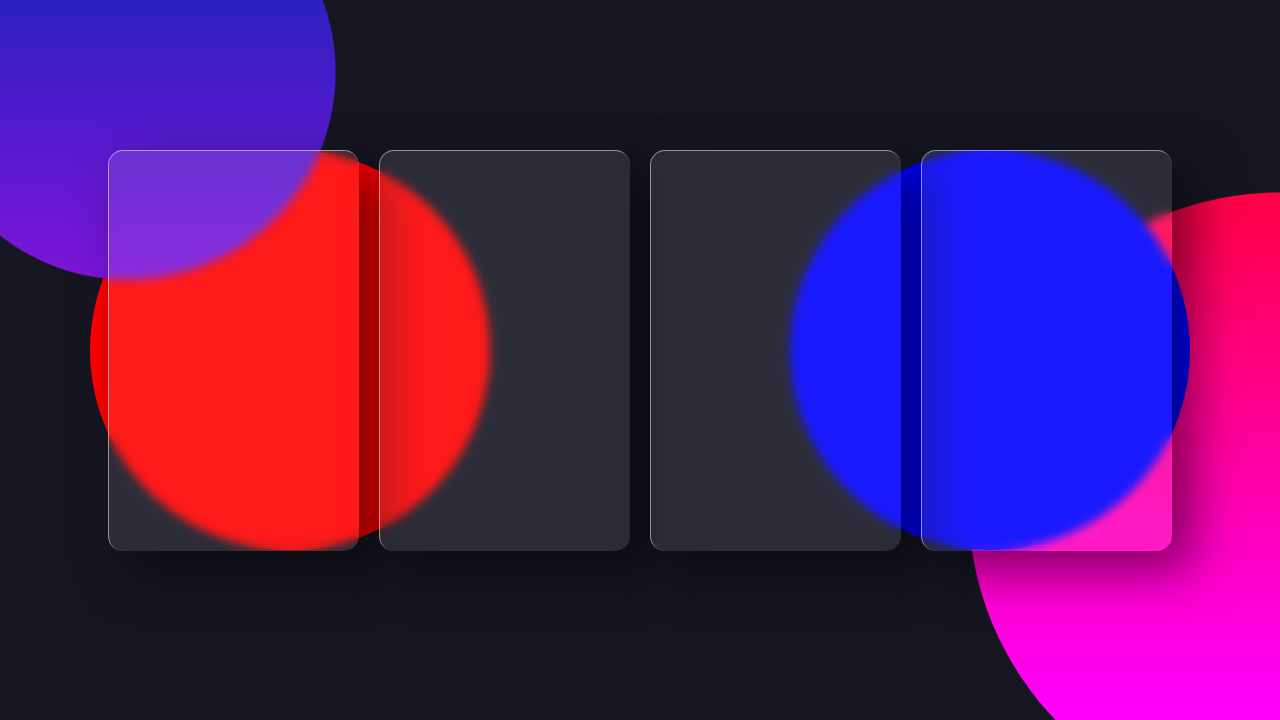
Repository: dovanluyen1996/Test-Git-PR
Page: index.html
These files come from the project's save history. The page is drawn as it stood at one moment and after the next save; the edit follows.
The browser window is 1280 px wide. The pictures show the whole page.

Above is the page before, as saved 2021-09-07 00:32:16.

### index.html
<!DOCTYPE html>
<html lang="en">
  <head>
    <meta charset="UTF-8" />
    <meta http-equiv="X-UA-Compatible" content="IE=edge" />
    <meta name="viewport" content="width=device-width, initial-scale=1.0" />
    <title>TestVsCode</title>
    <link rel="stylesheet" href="css/style.css" />
  </head>

  <body>
    <div class="container">
      <div class="test1"></div>
      <div class="test2"></div>
    </div>
    <div class="center">
      <div class="item-center">
        <div class="content">
          <h2>Card Item</h2>
          <p class="text">
            Lorem ipsum dolor sit amet consectetur adipisicing elit. Minima
            corporis rem illum exercitationem architecto veritatis alias nam.
            Excepturi aliquam doloremque minus quibusdam sed, libero quia amet,
            officia rerum sequi expedita!
          </p>
          <a href="javascript:void(0)">Click Me</a>
        </div>
      </div>
      <div class="item-center">
        <div class="content">
          <h2>Card Item</h2>
          <p class="text">
            Lorem ipsum dolor sit amet consectetur adipisicing elit. Minima
            corporis rem illum exercitationem architecto veritatis alias nam.
            Excepturi aliquam doloremque minus quibusdam sed, libero quia amet,
            officia rerum sequi expedita!
          </p>
          <a href="javascript:void(0)">Click Me</a>
        </div>
      </div>
      <div class="item-center">
        <div class="content">
          <h2>Card Item</h2>
          <p class="text">
            Lorem ipsum dolor sit amet consectetur adipisicing elit. Minima
            corporis rem illum exercitationem architecto veritatis alias nam.
            Excepturi aliquam doloremque minus quibusdam sed, libero quia amet,
            officia rerum sequi expedita!
          </p>
          <a href="javascript:void(0)">Click Me</a>
        </div>
      </div>
      <div class="item-center">
        <div class="content">
          <h2>Card Item</h2>
          <p class="text">
            Lorem ipsum dolor sit amet consectetur adipisicing elit. Minima
            corporis rem illum exercitationem architecto veritatis alias nam.
            Excepturi aliquam doloremque minus quibusdam sed, libero quia amet,
            officia rerum sequi expedita!
          </p>
          <a href="javascript:void(0)">Click Me</a>
        </div>
      </div>
    </div>

    <script type="text/javascript" src="js/vanilla-tilt.js"></script>
    <script>
      VanillaTilt.init(document.querySelector(".item-center"), {
        max: 25,
        speed: 400,
        glare: true,
        "max-glare": 1,
      });
    </script>
  </body>
</html>

### css/style.css
body {
  background: #161623;
}
body::before {
  content: "";
  position: absolute;
  top: 0;
  left: 0;
  width: 100%;
  height: 100%;
  background: linear-gradient(#f00, #f0f);
  clip-path: circle(30% at right 70%);
}
body::after {
  content: "";
  position: absolute;
  top: 0;
  left: 0;
  width: 100%;
  height: 100%;
  background: linear-gradient(rgb(44, 33, 192), #f0f);
  clip-path: circle(20% at 10% 10%);
}
.container {
  width: 1100px;
  margin: 0 auto;
  position: relative;
}
.test1 {
  width: 400px;
  height: 400px;
  background-color: red;
  border-radius: 50%;
  position: absolute;
}
.test2 {
  width: 400px;
  height: 400px;
  background-color: blue;
  border-radius: 50%;
  position: absolute;
  right: 0;
}
.center {
  margin-top: 150px;
  position: relative;
  z-index: 999;
  display: flex;
  column-gap: 20px;
  justify-content: center;
  align-items: center;
  color: white;
}
.item-center {
  overflow: hidden;
  width: 250px;
  height: 400px;
  text-align: center;
  border-radius: 15px;
  border-top: 1px solid rgba(255, 255, 255, 0.5);
  border-left: 1px solid rgba(255, 255, 255, 0.5);
  box-shadow: 20px 20px 50px rgba(0, 0, 0, 0.5);
  background: rgba(255, 255, 255, 0.1);
  backdrop-filter: blur(5px);
}
.item-center p {
  font-weight: 300;
}
.item-center a {
  text-decoration: none;
  color: #fff;
  display: inline-block;
  padding: 8px 20px;
  background-color: #fff;
  color: black;
  border-radius: 20px;
  font-weight: 500;
}
.item-center .content {
  margin-top: 90px;
  transform: translateY(90px);
  opacity: 0;
  transition: 0.5s;
}
.item-center:hover .content {
  transform: translateY(0px);
  opacity: 1;
}

### js/vanilla-tilt.js
var VanillaTilt = (function () {
'use strict';

/**
 * Created by Sergiu Șandor (micku7zu) on 1/27/2017.
 * Original idea: https://github.com/gijsroge/tilt.js
 * MIT License.
 * Version 1.7.2
 */

class VanillaTilt {
  constructor(element, settings = {}) {
    if (!(element instanceof Node)) {
      throw ("Can't initialize VanillaTilt because " + element + " is not a Node.");
    }

    this.width = null;
    this.height = null;
    this.clientWidth = null;
    this.clientHeight = null;
    this.left = null;
    this.top = null;

    // for Gyroscope sampling
    this.gammazero = null;
    this.betazero = null;
    this.lastgammazero = null;
    this.lastbetazero = null;

    this.transitionTimeout = null;
    this.updateCall = null;
    this.event = null;

    this.updateBind = this.update.bind(this);
    this.resetBind = this.reset.bind(this);

    this.element = element;
    this.settings = this.extendSettings(settings);

    this.reverse = this.settings.reverse ? -1 : 1;
    this.glare = VanillaTilt.isSettingTrue(this.settings.glare);
    this.glarePrerender = VanillaTilt.isSettingTrue(this.settings["glare-prerender"]);
    this.fullPageListening = VanillaTilt.isSettingTrue(this.settings["full-page-listening"]);
    this.gyroscope = VanillaTilt.isSettingTrue(this.settings.gyroscope);
    this.gyroscopeSamples = this.settings.gyroscopeSamples;

    this.elementListener = this.getElementListener();

    if (this.glare) {
      this.prepareGlare();
    }

    if (this.fullPageListening) {
      this.updateClientSize();
    }

    this.addEventListeners();
    this.reset();
    this.updateInitialPosition();
  }

  static isSettingTrue(setting) {
    return setting === "" || setting === true || setting === 1;
  }

  /**
   * Method returns element what will be listen mouse events
   * @return {Node}
   */
  getElementListener() {
    if (this.fullPageListening) {
      return window.document;
    }

    if (typeof this.settings["mouse-event-element"] === "string") {
      const mouseEventElement = document.querySelector(this.settings["mouse-event-element"]);

      if (mouseEventElement) {
        return mouseEventElement;
      }
    }

    if (this.settings["mouse-event-element"] instanceof Node) {
      return this.settings["mouse-event-element"];
    }

    return this.element;
  }

  /**
   * Method set listen methods for this.elementListener
   * @return {Node}
   */
  addEventListeners() {
    this.onMouseEnterBind = this.onMouseEnter.bind(this);
    this.onMouseMoveBind = this.onMouseMove.bind(this);
    this.onMouseLeaveBind = this.onMouseLeave.bind(this);
    this.onWindowResizeBind = this.onWindowResize.bind(this);
    this.onDeviceOrientationBind = this.onDeviceOrientation.bind(this);

    this.elementListener.addEventListener("mouseenter", this.onMouseEnterBind);
    this.elementListener.addEventListener("mouseleave", this.onMouseLeaveBind);
    this.elementListener.addEventListener("mousemove", this.onMouseMoveBind);

    if (this.glare || this.fullPageListening) {
      window.addEventListener("resize", this.onWindowResizeBind);
    }

    if (this.gyroscope) {
      window.addEventListener("deviceorientation", this.onDeviceOrientationBind);
    }
  }

  /**
   * Method remove event listeners from current this.elementListener
   */
  removeEventListeners() {
    this.elementListener.removeEventListener("mouseenter", this.onMouseEnterBind);
    this.elementListener.removeEventListener("mouseleave", this.onMouseLeaveBind);
    this.elementListener.removeEventListener("mousemove", this.onMouseMoveBind);

    if (this.gyroscope) {
      window.removeEventListener("deviceorientation", this.onDeviceOrientationBind);
    }

    if (this.glare || this.fullPageListening) {
      window.removeEventListener("resize", this.onWindowResizeBind);
    }
  }

  destroy() {
    clearTimeout(this.transitionTimeout);
    if (this.updateCall !== null) {
      cancelAnimationFrame(this.updateCall);
    }

    this.reset();

    this.removeEventListeners();
    this.element.vanillaTilt = null;
    delete this.element.vanillaTilt;

    this.element = null;
  }

  onDeviceOrientation(event) {
    if (event.gamma === null || event.beta === null) {
      return;
    }

    this.updateElementPosition();

    if (this.gyroscopeSamples > 0) {
      this.lastgammazero = this.gammazero;
      this.lastbetazero = this.betazero;

      if (this.gammazero === null) {
        this.gammazero = event.gamma;
        this.betazero = event.beta;
      } else {
        this.gammazero = (event.gamma + this.lastgammazero) / 2;
        this.betazero = (event.beta + this.lastbetazero) / 2;
      }

      this.gyroscopeSamples -= 1;
    }

    const totalAngleX = this.settings.gyroscopeMaxAngleX - this.settings.gyroscopeMinAngleX;
    const totalAngleY = this.settings.gyroscopeMaxAngleY - this.settings.gyroscopeMinAngleY;

    const degreesPerPixelX = totalAngleX / this.width;
    const degreesPerPixelY = totalAngleY / this.height;

    const angleX = event.gamma - (this.settings.gyroscopeMinAngleX + this.gammazero);
    const angleY = event.beta - (this.settings.gyroscopeMinAngleY + this.betazero);

    const posX = angleX / degreesPerPixelX;
    const posY = angleY / degreesPerPixelY;

    if (this.updateCall !== null) {
      cancelAnimationFrame(this.updateCall);
    }

    this.event = {
      clientX: posX + this.left,
      clientY: posY + this.top,
    };

    this.updateCall = requestAnimationFrame(this.updateBind);
  }

  onMouseEnter() {
    this.updateElementPosition();
    this.element.style.willChange = "transform";
    this.setTransition();
  }

  onMouseMove(event) {
    if (this.updateCall !== null) {
      cancelAnimationFrame(this.updateCall);
    }

    this.event = event;
    this.updateCall = requestAnimationFrame(this.updateBind);
  }

  onMouseLeave() {
    this.setTransition();

    if (this.settings.reset) {
      requestAnimationFrame(this.resetBind);
    }
  }

  reset() {
    this.event = {
      clientX: this.left + this.width / 2,
      clientY: this.top + this.height / 2
    };

    if (this.element && this.element.style) {
      this.element.style.transform = `perspective(${this.settings.perspective}px) ` +
        `rotateX(0deg) ` +
        `rotateY(0deg) ` +
        `scale3d(1, 1, 1)`;
    }

    this.resetGlare();
  }

  resetGlare() {
    if (this.glare) {
      this.glareElement.style.transform = "rotate(180deg) translate(-50%, -50%)";
      this.glareElement.style.opacity = "0";
    }
  }

  updateInitialPosition() {
    if (this.settings.startX === 0 && this.settings.startY === 0) {
      return;
    }

    this.onMouseEnter();

    if (this.fullPageListening) {
      this.event = {
        clientX: (this.settings.startX + this.settings.max) / (2 * this.settings.max) * this.clientWidth,
        clientY: (this.settings.startY + this.settings.max) / (2 * this.settings.max) * this.clientHeight
      };
    } else {
      this.event = {
        clientX: this.left + ((this.settings.startX + this.settings.max) / (2 * this.settings.max) * this.width),
        clientY: this.top + ((this.settings.startY + this.settings.max) / (2 * this.settings.max) * this.height)
      };
    }


    let backupScale = this.settings.scale;
    this.settings.scale = 1;
    this.update();
    this.settings.scale = backupScale;
    this.resetGlare();
  }

  getValues() {
    let x, y;

    if (this.fullPageListening) {
      x = this.event.clientX / this.clientWidth;
      y = this.event.clientY / this.clientHeight;
    } else {
      x = (this.event.clientX - this.left) / this.width;
      y = (this.event.clientY - this.top) / this.height;
    }

    x = Math.min(Math.max(x, 0), 1);
    y = Math.min(Math.max(y, 0), 1);

    let tiltX = (this.reverse * (this.settings.max - x * this.settings.max * 2)).toFixed(2);
    let tiltY = (this.reverse * (y * this.settings.max * 2 - this.settings.max)).toFixed(2);
    let angle = Math.atan2(this.event.clientX - (this.left + this.width / 2), -(this.event.clientY - (this.top + this.height / 2))) * (180 / Math.PI);

    return {
      tiltX: tiltX,
      tiltY: tiltY,
      percentageX: x * 100,
      percentageY: y * 100,
      angle: angle
    };
  }

  updateElementPosition() {
    let rect = this.element.getBoundingClientRect();

    this.width = this.element.offsetWidth;
    this.height = this.element.offsetHeight;
    this.left = rect.left;
    this.top = rect.top;
  }

  update() {
    let values = this.getValues();

    this.element.style.transform = "perspective(" + this.settings.perspective + "px) " +
      "rotateX(" + (this.settings.axis === "x" ? 0 : values.tiltY) + "deg) " +
      "rotateY(" + (this.settings.axis === "y" ? 0 : values.tiltX) + "deg) " +
      "scale3d(" + this.settings.scale + ", " + this.settings.scale + ", " + this.settings.scale + ")";

    if (this.glare) {
      this.glareElement.style.transform = `rotate(${values.angle}deg) translate(-50%, -50%)`;
      this.glareElement.style.opacity = `${values.percentageY * this.settings["max-glare"] / 100}`;
    }

    this.element.dispatchEvent(new CustomEvent("tiltChange", {
      "detail": values
    }));

    this.updateCall = null;
  }

  /**
   * Appends the glare element (if glarePrerender equals false)
   * and sets the default style
   */
  prepareGlare() {
    // If option pre-render is enabled we assume all html/css is present for an optimal glare effect.
    if (!this.glarePrerender) {
      // Create glare element
      const jsTiltGlare = document.createElement("div");
      jsTiltGlare.classList.add("js-tilt-glare");

      const jsTiltGlareInner = document.createElement("div");
      jsTiltGlareInner.classList.add("js-tilt-glare-inner");

      jsTiltGlare.appendChild(jsTiltGlareInner);
      this.element.appendChild(jsTiltGlare);
    }

    this.glareElementWrapper = this.element.querySelector(".js-tilt-glare");
    this.glareElement = this.element.querySelector(".js-tilt-glare-inner");

    if (this.glarePrerender) {
      return;
    }

    Object.assign(this.glareElementWrapper.style, {
      "position": "absolute",
      "top": "0",
      "left": "0",
      "width": "100%",
      "height": "100%",
      "overflow": "hidden",
      "pointer-events": "none"
    });

    Object.assign(this.glareElement.style, {
      "position": "absolute",
      "top": "50%",
      "left": "50%",
      "pointer-events": "none",
      "background-image": `linear-gradient(0deg, rgba(255,255,255,0) 0%, rgba(255,255,255,1) 100%)`,
      "transform": "rotate(180deg) translate(-50%, -50%)",
      "transform-origin": "0% 0%",
      "opacity": "0",
    });

    this.updateGlareSize();
  }

  updateGlareSize() {
    if (this.glare) {
      const glareSize = (this.element.offsetWidth > this.element.offsetHeight ? this.element.offsetWidth : this.element.offsetHeight) * 2;

      Object.assign(this.glareElement.style, {
        "width": `${glareSize}px`,
        "height": `${glareSize}px`,
      });
    }
  }

  updateClientSize() {
    this.clientWidth = window.innerWidth
      || document.documentElement.clientWidth
      || document.body.clientWidth;

    this.clientHeight = window.innerHeight
      || document.documentElement.clientHeight
      || document.body.clientHeight;
  }

  onWindowResize() {
    this.updateGlareSize();
    this.updateClientSize();
  }

  setTransition() {
    clearTimeout(this.transitionTimeout);
    this.element.style.transition = this.settings.speed + "ms " + this.settings.easing;
    if (this.glare) this.glareElement.style.transition = `opacity ${this.settings.speed}ms ${this.settings.easing}`;

    this.transitionTimeout = setTimeout(() => {
      this.element.style.transition = "";
      if (this.glare) {
        this.glareElement.style.transition = "";
      }
    }, this.settings.speed);

  }

  /**
   * Method return patched settings of instance
   * @param {boolean} settings.reverse - reverse the tilt direction
   * @param {number} settings.max - max tilt rotation (degrees)
   * @param {startX} settings.startX - the starting tilt on the X axis, in degrees. Default: 0
   * @param {startY} settings.startY - the starting tilt on the Y axis, in degrees. Default: 0
   * @param {number} settings.perspective - Transform perspective, the lower the more extreme the tilt gets
   * @param {string} settings.easing - Easing on enter/exit
   * @param {number} settings.scale - 2 = 200%, 1.5 = 150%, etc..
   * @param {number} settings.speed - Speed of the enter/exit transition
   * @param {boolean} settings.transition - Set a transition on enter/exit
   * @param {string|null} settings.axis - What axis should be disabled. Can be X or Y
   * @param {boolean} settings.glare - What axis should be disabled. Can be X or Y
   * @param {number} settings.max-glare - the maximum "glare" opacity (1 = 100%, 0.5 = 50%)
   * @param {boolean} settings.glare-prerender - false = VanillaTilt creates the glare elements for you, otherwise
   * @param {boolean} settings.full-page-listening - If true, parallax effect will listen to mouse move events on the whole document, not only the selected element
   * @param {string|object} settings.mouse-event-element - String selector or link to HTML-element what will be listen mouse events
   * @param {boolean} settings.reset - false = If the tilt effect has to be reset on exit
   * @param {gyroscope} settings.gyroscope - Enable tilting by deviceorientation events
   * @param {gyroscopeSensitivity} settings.gyroscopeSensitivity - Between 0 and 1 - The angle at which max tilt position is reached. 1 = 90deg, 0.5 = 45deg, etc..
   * @param {gyroscopeSamples} settings.gyroscopeSamples - How many gyroscope moves to decide the starting position.
   */
  extendSettings(settings) {
    let defaultSettings = {
      reverse: false,
      max: 15,
      startX: 0,
      startY: 0,
      perspective: 1000,
      easing: "cubic-bezier(.03,.98,.52,.99)",
      scale: 1,
      speed: 300,
      transition: true,
      axis: null,
      glare: false,
      "max-glare": 1,
      "glare-prerender": false,
      "full-page-listening": false,
      "mouse-event-element": null,
      reset: true,
      gyroscope: true,
      gyroscopeMinAngleX: -45,
      gyroscopeMaxAngleX: 45,
      gyroscopeMinAngleY: -45,
      gyroscopeMaxAngleY: 45,
      gyroscopeSamples: 10
    };

    let newSettings = {};
    for (var property in defaultSettings) {
      if (property in settings) {
        newSettings[property] = settings[property];
      } else if (this.element.hasAttribute("data-tilt-" + property)) {
        let attribute = this.element.getAttribute("data-tilt-" + property);
        try {
          newSettings[property] = JSON.parse(attribute);
        } catch (e) {
          newSettings[property] = attribute;
        }

      } else {
        newSettings[property] = defaultSettings[property];
      }
    }

    return newSettings;
  }

  static init(elements, settings) {
    if (elements instanceof Node) {
      elements = [elements];
    }

    if (elements instanceof NodeList) {
      elements = [].slice.call(elements);
    }

    if (!(elements instanceof Array)) {
      return;
    }

    elements.forEach((element) => {
      if (!("vanillaTilt" in element)) {
        element.vanillaTilt = new VanillaTilt(element, settings);
      }
    });
  }
}

if (typeof document !== "undefined") {
  /* expose the class to window */
  window.VanillaTilt = VanillaTilt;

  /**
   * Auto load
   */
  VanillaTilt.init(document.querySelectorAll("[data-tilt]"));
}

return VanillaTilt;

}());

After the next save:
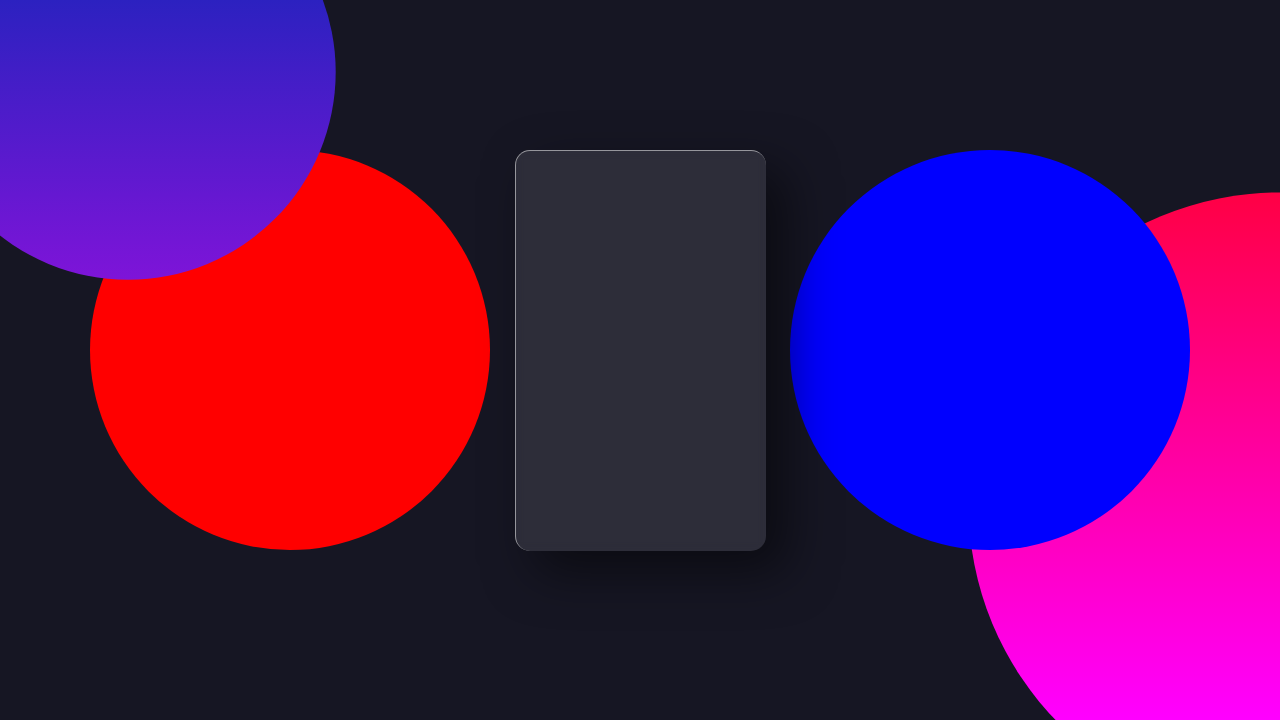
Saved 48 s later.
--- a/index.html
+++ b/index.html
@@ -26,42 +26,6 @@
           <a href="javascript:void(0)">Click Me</a>
         </div>
       </div>
-      <div class="item-center">
-        <div class="content">
-          <h2>Card Item</h2>
-          <p class="text">
-            Lorem ipsum dolor sit amet consectetur adipisicing elit. Minima
-            corporis rem illum exercitationem architecto veritatis alias nam.
-            Excepturi aliquam doloremque minus quibusdam sed, libero quia amet,
-            officia rerum sequi expedita!
-          </p>
-          <a href="javascript:void(0)">Click Me</a>
-        </div>
-      </div>
-      <div class="item-center">
-        <div class="content">
-          <h2>Card Item</h2>
-          <p class="text">
-            Lorem ipsum dolor sit amet consectetur adipisicing elit. Minima
-            corporis rem illum exercitationem architecto veritatis alias nam.
-            Excepturi aliquam doloremque minus quibusdam sed, libero quia amet,
-            officia rerum sequi expedita!
-          </p>
-          <a href="javascript:void(0)">Click Me</a>
-        </div>
-      </div>
-      <div class="item-center">
-        <div class="content">
-          <h2>Card Item</h2>
-          <p class="text">
-            Lorem ipsum dolor sit amet consectetur adipisicing elit. Minima
-            corporis rem illum exercitationem architecto veritatis alias nam.
-            Excepturi aliquam doloremque minus quibusdam sed, libero quia amet,
-            officia rerum sequi expedita!
-          </p>
-          <a href="javascript:void(0)">Click Me</a>
-        </div>
-      </div>
     </div>
 
     <script type="text/javascript" src="js/vanilla-tilt.js"></script>
